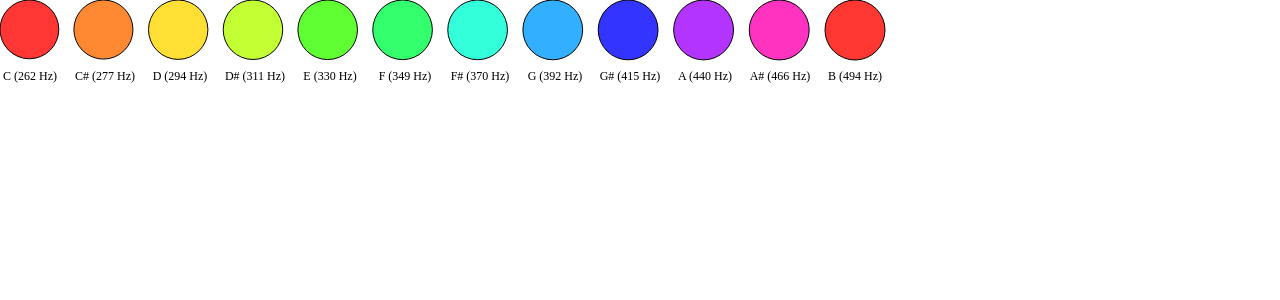
Repository: studiorichie/richielau.com
Page: assets/sound-to-color.html
An editor plug-in stored every save of this project. The page is shown before and after the next save, followed by the edit.
The browser window is 1280 px wide. The pictures show the whole page.

Above is the page before, as saved 2024-11-06 21:27:13.

### assets/sound-to-color.html
<!DOCTYPE html>
<html lang="en">

<head>
    <meta charset="UTF-8">
    <title>Sound-to-Color Mapping with MIDI</title>
    <script src="https://d3js.org/d3.v6.min.js"></script>
    <style>
        body,
        html {
            margin: 0;
            padding: 0;
            overflow: hidden;
        }

        .svg-container {
            display: flex;
            justify-content: flex-start;
            align-items: center;
            width: 100%;
            overflow: hidden;
        }

        .key-circle {
            fill-opacity: 0.8;
            stroke: black;
            stroke-width: 1px;
            cursor: pointer;
            outline: none;
            -webkit-tap-highlight-color: transparent;
            transition: transform 0.2s, filter 0.2s, fill-opacity 0.2s;
        }

        .key-circle[data-note="C"] {
            transform: scale(0.98);
        }

        .key-circle[data-note="C#"] {
            transform: scale(0.985);
        }

        .key-circle[data-note="D"] {
            transform: scale(0.99);
        }

        .key-circle[data-note="D#"] {
            transform: scale(0.992);
        }

        .key-circle[data-note="E"] {
            transform: scale(0.993);
        }

        .key-circle[data-note="F"] {
            transform: scale(0.994);
        }

        .key-circle[data-note="F#"] {
            transform: scale(0.995);
        }

        .key-circle[data-note="G"] {
            transform: scale(0.996);
        }

        .key-circle[data-note="G#"] {
            transform: scale(0.997);
        }

        .key-circle[data-note="A"] {
            transform: scale(0.998);
        }

        .key-circle[data-note="A#"] {
            transform: scale(0.999);
        }

        /* Continue this slight scaling variation up to B */
        .key-circle[data-note="B"] {
            transform: scale(1.00);
        }



        .key-circle:hover {
            fill-opacity: 1;
            filter: brightness(1.2);
        }

        .key-circle:active {
            transform: scale(0.995);
            filter: brightness(0.8);
        }

        .label {
            font-size: 12px;
            text-anchor: middle;
        }


    </style>
</head>

<body>
    <div class="svg-container">
        <svg width="950" height="600" id="chart"></svg>
    </div>
    <script>
        const keys = [
            { note: "C", freq: 261.63, midi: 60 },
            { note: "C#", freq: 277.18, midi: 61 },
            { note: "D", freq: 293.66, midi: 62 },
            { note: "D#", freq: 311.13, midi: 63 },
            { note: "E", freq: 329.63, midi: 64 },
            { note: "F", freq: 349.23, midi: 65 },
            { note: "F#", freq: 369.99, midi: 66 },
            { note: "G", freq: 392.00, midi: 67 },
            { note: "G#", freq: 415.30, midi: 68 },
            { note: "A", freq: 440.00, midi: 69 },
            { note: "A#", freq: 466.16, midi: 70 },
            { note: "B", freq: 493.88, midi: 71 }
        ];

        function getColor(freq) {
            let hue = ((freq - 261) / (493 - 261)) * 360;
            return `hsl(${hue}, 100%, 50%)`;
        }

        const svg = d3.select("#chart");
        const circleRadius = 30;
        const padding = 15;

        // Create the group for circles and labels
        const group = svg.append("g");


            group.selectAll("circle")
            .data(keys)
            .enter()
            .append("circle")
            .attr("class", "key-circle")
            .attr("r", circleRadius)
            .attr("fill", d => getColor(d.freq))
            .attr("data-note", d => d.note)
            .on("click", function (event, d) {
                showMidiLabel(d);
                playMidiTone(d.midi);
                shakeElement(d3.select(this)); // Apply shake effect
            });


        group.selectAll(".label")
            .data(keys)
            .enter()
            .append("text")
            .attr("class", "label")
            .text(d => `${d.note} (${Math.round(d.freq)} Hz)`)
            .attr("fill", "black");

        const midiLabel = svg.append("text")
            .attr("class", "midi-label");

        function showMidiLabel(data) {
            midiLabel.text(`MIDI: ${data.midi} - ${data.note}`)
                .attr("x", svg.attr("width") / 2)
                .attr("y", svg.attr("height") - 50)
                .attr("visibility", "visible");

            setTimeout(() => {
                midiLabel.attr("visibility", "hidden");
            }, 2000);
        }

        function shakeElement(element) {
            const originalTransform = element.attr("transform") || ""; // Get existing transform or set to empty
            let shakeCount = 1; // Start from 0 shakes
            const maxShakes = 20; // Number of shakes

            const interval = setInterval(() => {
                const randomX = (Math.random() - 100.5) * 1000; // Random jitter, increased range for visibility
                const randomY = (Math.random() - 100.5) * 10000;
                element.attr("transform", `${originalTransform} translate(${randomX}, ${randomY})`);

                shakeCount++;
                if (shakeCount >= maxShakes) { // Stop after reaching max shakes
                    clearInterval(interval);
                    element.attr("transform", originalTransform); // Reset to original position
                }
            }, .1); // Delay between each shake, can be reduced to increase speed
        }


        function playMidiTone(midi) {
            const context = new (window.AudioContext || window.webkitAudioContext)();
            const oscillator = context.createOscillator();
            const gainNode = context.createGain();
            oscillator.type = 'sine';
            oscillator.frequency.setValueAtTime(440 * Math.pow(2, (midi - 69) / 12), context.currentTime);
            gainNode.gain.setValueAtTime(0.1, context.currentTime);
            oscillator.connect(gainNode).connect(context.destination);
            oscillator.start();
            oscillator.stop(context.currentTime + 0.5);
        }







        function adjustCircleLayout() {
            const svgWidth = document.getElementById("chart").clientWidth;
            const circlesPerRow = Math.max(1, Math.floor(svgWidth / (circleRadius * 2 + padding)));

            d3.select("#chart")
                .selectAll("circle")
                .attr("cx", (d, i) => (i % circlesPerRow) * (circleRadius * 2 + padding) + circleRadius)
                .attr("cy", (d, i) => Math.floor(i / circlesPerRow) * (circleRadius * 2 + padding) + circleRadius);

            d3.select("#chart")
                .selectAll(".label")
                .attr("x", (d, i) => (i % circlesPerRow) * (circleRadius * 2 + padding) + circleRadius)
                .attr("y", (d, i) => Math.floor(i / circlesPerRow) * (circleRadius * 2 + padding) + circleRadius + 50);
        }

        adjustCircleLayout();
        window.addEventListener("resize", adjustCircleLayout);
    </script>
</body>

</html>

After the next save:
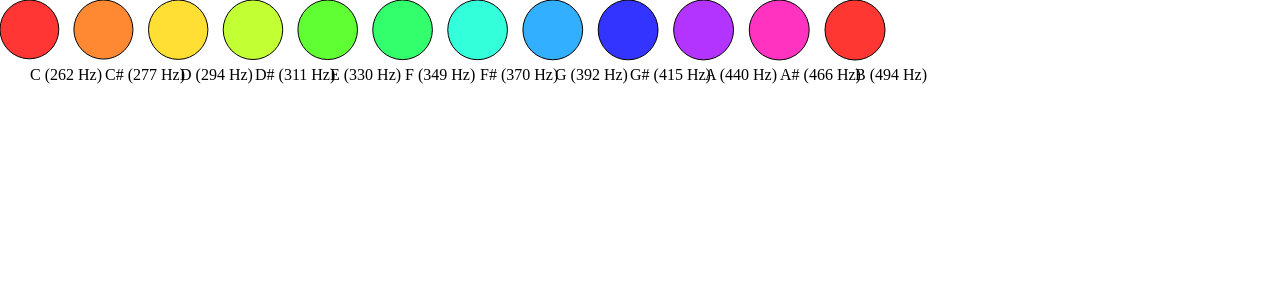
Saved 24 s later.
--- a/assets/sound-to-color.html
+++ b/assets/sound-to-color.html
@@ -92,12 +92,15 @@
             filter: brightness(0.8);
         }
 
-        .label {
-            font-size: 12px;
+
+
+        .midi-label {
+            font-size: 14px;
+            font-weight: bold;
             text-anchor: middle;
-        }
-
-
+            fill: black;
+            visibility: hidden;
+        }
     </style>
 </head>
 

After the save that followed:
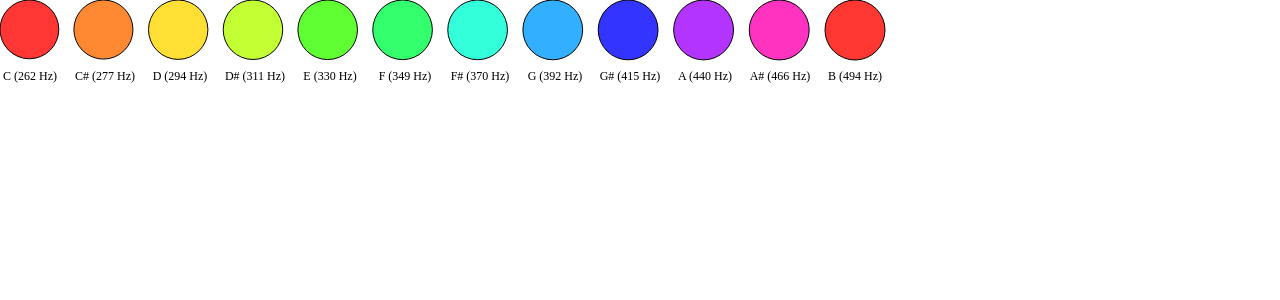
Saved 9 s later.
--- a/assets/sound-to-color.html
+++ b/assets/sound-to-color.html
@@ -82,17 +82,11 @@
 
 
 
-        .key-circle:hover {
-            fill-opacity: 1;
-            filter: brightness(1.2);
-        }
-
-        .key-circle:active {
-            transform: scale(0.995);
-            filter: brightness(0.8);
-        }
-
-
+
+        .label {
+            font-size: 12px;
+            text-anchor: middle;
+        }
 
         .midi-label {
             font-size: 14px;
